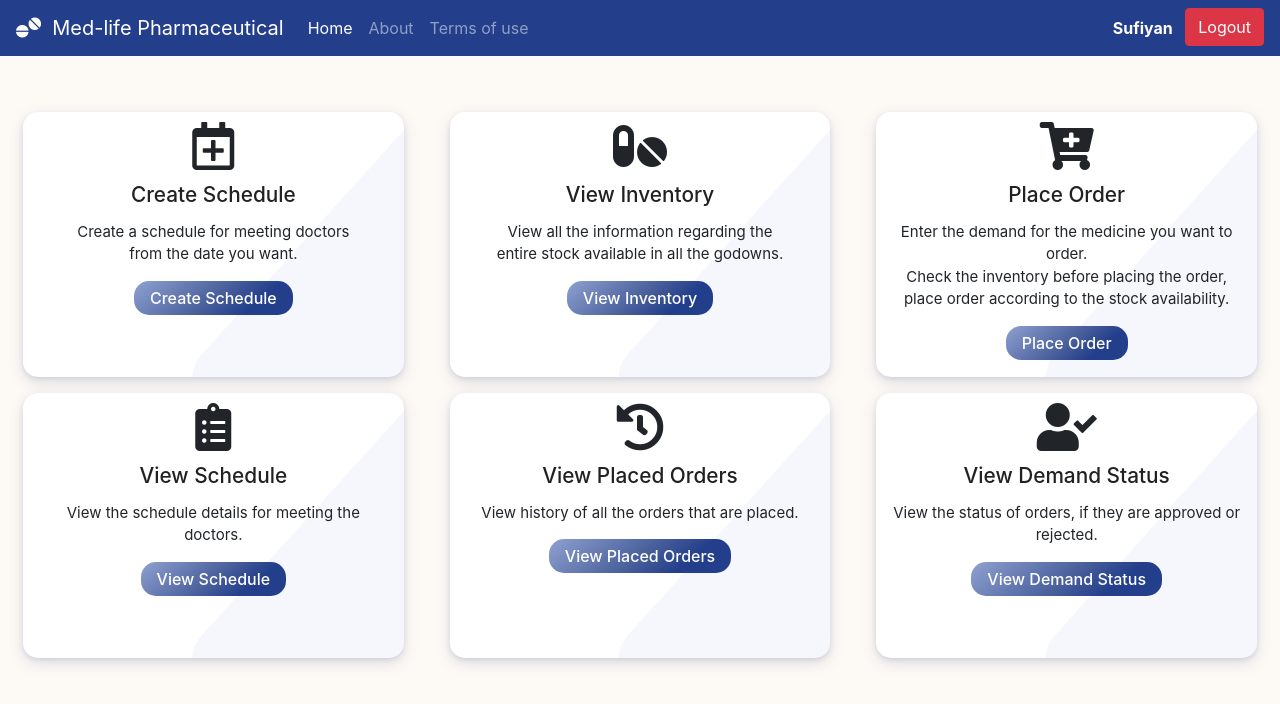
Repository: suffiyanshaikh01/Pharmacy-Project
Page: http://localhost/PharmacyMedicineSupply-WebPortal/WEB-INF/JSP/homepage.jsp
An editor plug-in stored every save of this project. The page is shown before and after the next save, followed by the edit.
The browser window is 1280 px wide. The pictures show the whole page.
Some web libraries are served in a nearby version. The page is served by Tomcat 9. Nobody is signed in. Other server files are loaded and not shown. The template is opened directly, without the code that normally fills it, so the values that code supplies are empty.

Above is the page before, as saved 2021-05-31 12:04:42.
Console error (its wording comes from the project's code and is left out).

### PharmacyMedicineSupply-WebPortal/src/main/webapp/WEB-INF/JSP/homepage.jsp

<!DOCTYPE html>
<html>
<head>
<link rel="stylesheet" href="https://maxcdn.bootstrapcdn.com/bootstrap/4.3.1/css/bootstrap.min.css">
<link rel="stylesheet" href="https://use.fontawesome.com/releases/v5.12.1/css/all.css" crossorigin="anonymous">
<style type="text/css">
body{
	background-color: #fdfaf6;
}

.section_our_solution .row {
  align-items: center;
}

.our_solution_category {
  display: flex;
  flex-direction: row;
  flex-wrap: wrap;
}
.our_solution_category .solution_cards_box {
  display: flex;
  flex-direction: column;
  justify-content: center;

}
.solution_cards_box{
	align-content: center;
}



.solution_cards_box .solution_card {
  flex: 0 50%;
  /* background: #5bfae2; */
  background: white;
  box-shadow: 0 2px 4px 0 rgba(136, 144, 195, 0.2),
    0 5px 15px 0 rgba(37, 44, 97, 0.15);
  border-radius: 15px;
  margin: 8px;
  padding: 10px 15px;
  position:relative;
  z-index: 1;
  /* width: 160%; */
  text-align:center;
  overflow: hidden;
  min-height: 265px;
  transition: 0.7s;
}

.solution_cards_box .solution_card:hover {
  /* background: #309df0; */
  background: #1eae98;
  color: #fff;
  transform: scale(1.1);
  z-index: 9;
}

.solution_cards_box .solution_card:hover::before {
  background: rgb(85 108 214 / 10%);
}

.solution_cards_box .solution_card:hover .solu_title h3,
.solution_cards_box .solution_card:hover .solu_description p {
  color: #fff;
}

.solution_cards_box .solution_card:before {
  content: "";
  position: absolute;
  background: rgb(85 108 214 / 5%);
  width: 170px;
  height: 400px;
  z-index: -1;
  transform: rotate(42deg);
  right: -56px;
  top: -23px;
  border-radius: 35px;
}

.solution_cards_box .solution_card:hover .solu_description button {
  background: #fff !important;
  color: #233e8b;
}

.solution_card .so_top_icon {
}

.solution_card .solu_title h3 {
  color: #212121;
  font-size: 1.3rem;
  margin-top: 13px;
  margin-bottom: 13px;
}

.solution_card .solu_description p {
  font-size: 15px;
  margin-bottom: 15px;
}

.solution_card .solu_description button {
  border: 0;
  border-radius: 15px;
  background:

   linear-gradient(
    140deg,
    #90a1d1 0%,
    #49609c 50%,
    #233e8b 75%
  ) !important;
  color: #fff;
  font-weight: 500;
  font-size: 1rem;
  padding: 5px 16px;
}

.our_solution_content h1 {
  text-transform: capitalize;
  margin-bottom: 1rem;
  font-size: 2.5rem;
}
.our_solution_content p {
}

.hover_color_bubble {
  position: absolute;
  background: rgb(54 81 207 / 15%);
  width: 100rem;
  height: 100rem;
  left: 0;
  right: 0;
  z-index: -1;
  top: 16rem;
  border-radius: 50%;
  transform: rotate(-36deg);
  left: -18rem;
  transition: 0.7s;
}

.solution_cards_box .solution_card:hover .hover_color_bubble {
  top: 0rem;
}

.solution_cards_box .solution_card .so_top_icon {
  width: 60px;
  height: 60px;
  border-radius: 50%;
  background: #fff;
  overflow: hidden;
  display: flex;
  align-items:center;
  justify-content:center;
}

.solution_cards_box .solution_card .so_top_icon img {
  width: 40px;
  height: 50px;
  object-fit: contain;
}

/*start media query*/
@media screen and (min-width: 320px) {
  .sol_card_top_3 {
    position: relative;
    top: 0;
  }

  .our_solution_category {
    width: 100%;
    margin: 0 auto;
  }

  .our_solution_category .solution_cards_box {
    flex: auto;
  }
}
@media only screen and (min-width: 768px) {
  .our_solution_category .solution_cards_box {
    flex: 1;
  }
}
@media only screen and (min-width: 1024px) {
  .sol_card_top_3 {
    position: relative;
    top: -3rem;
  }
  .our_solution_category {
    width: 50%;
    margin: 0 auto;
  }
}
.navbar-custom{
	background: #233e8b;

}
</style>
<meta charset="ISO-8859-1">
<title>Homepage</title>
</head>
<body>

<!-- NAVBAR START-->

<nav class="navbar navbar-expand-lg  navbar-custom navbar-dark">
	<a class="navbar-brand" href="#"><i class="fas fa-tablets"></i>&nbsp;  Med-life Pharmaceutical</a>

	<div class="collapse navbar-collapse" id="navbarNav">
	  <ul class="navbar-nav">
		<li class="nav-item active">
		  <a class="nav-link" href="#">Home <span class="sr-only">(current)</span></a>
		</li>
		<li class="nav-item">
		  <a class="nav-link" href="#">About</a>
		</li>
		<li class="nav-item">
		  <a class="nav-link" href="#">Terms of use</a>
		</li>
	  </ul>
	</div>
	<ul class="navbar-nav navbar-right">
		<li class="nav-item active">
			<a href="#"> <a class="nav-link" href="#"><strong>Sufiyan</strong>&nbsp; <span class="sr-only">(current)</span></a>
		</li>
		<li><button class="btn btn-danger navbar-btn">Logout</button></li>
	  </ul>
  </nav>

  <br><br>
<!-- NAVBAR END -->


<div class="container-fluid">
	<div class="row">
		<div class="col ">
			<div class="solution_cards_box">

			<div class="solution_card">
			  <div class="hover_color_bubble"></div>
			  <div><i class="far fa-calendar-plus fa-3x"></i></i></div>
			  <div class="solu_title">
				<h3>Create Schedule</h3>
			  </div>
			  <div class="solu_description">
				<p>
				  Create a schedule for meeting doctors<br>
				   from the date you want.
				</p>
				<button type="button" class="read_more_btn" onclick="/giverepschedule.jsp">Create Schedule</button>
			  </div>
			</div>
		  </div></div>
		<div class="col">
			<div class="solution_cards_box">

				<div class="solution_card">
					<div class="hover_color_bubble"></div>
					<div><i class="fas fa-pills fa-3x"></i></div>
					<div class="solu_title">
					  <h3>View Inventory</h3>
					</div>
					<div class="solu_description">
					  <p>
						View all the information regarding the<br>entire stock available in all the godowns.
					  </p>
					  <button type="button" class="read_more_btn">View Inventory</button>
					</div>
				  </div>
			  </div>
		</div>
		<div class="col">
			<div class="solution_cards_box">

				<div class="solution_card">
					<div class="hover_color_bubble"></div>
					<div><i class="fas fa-cart-plus fa-3x"></i></div>
					<div class="solu_title">
					  <h3>Place Order</h3>
					</div>
					<div class="solu_description">
					  <p>
						Enter the demand for the medicine you want to order.<br>
						Check the inventory before placing the order, place order according to the stock availability.
					  </p>
					  <button type="button" class="read_more_btn">Place Order</button>
					</div>
				  </div>
			  </div>
		</div>
	</div>
	<div class="row">
		<div class="col ">
			<div class="solution_cards_box">

				<div class="solution_card">
					<div class="hover_color_bubble"></div>
					<div><i class="fas fa-clipboard-list fa-3x"></i></div>
					<div class="solu_title">
					  <h3>View Schedule</h3>
					</div>
					<div class="solu_description">
					  <p>
						View the schedule details for meeting the doctors.
					  </p>
					  <button type="button" class="read_more_btn">View Schedule</button>
					</div>
				  </div>
		  </div></div>
		<div class="col">
			<div class="solution_cards_box">

				<div class="solution_card">
					<div class="hover_color_bubble"></div>
					<div><i class="fas fa-history fa-3x"></i></div>
					<div class="solu_title">
					  <h3>View Placed Orders</h3>
					</div>
					<div class="solu_description">
					  <p>
						View history of all the orders that are placed.
					  </p>
					  <button type="button" class="read_more_btn">View Placed Orders</button>
					</div>
				  </div>
				</div>
		</div>
		<div class="col">
			<div class="solution_cards_box">

				<div class="solution_card">
					<div class="hover_color_bubble"></div>
					<div><i class="fas fa-user-check fa-3x"></i></div>
					<div class="solu_title">
					  <h3>View Demand Status</h3>
					</div>
					<div class="solu_description">
					  <p>
						View the status of orders, if they are approved or rejected.
					  </p>
					  <button type="button" class="read_more_btn">View Demand Status</button>
					</div>
				  </div>
			  </div>
		</div>
	</div>
</div>



</body>
</html>

After the next save:
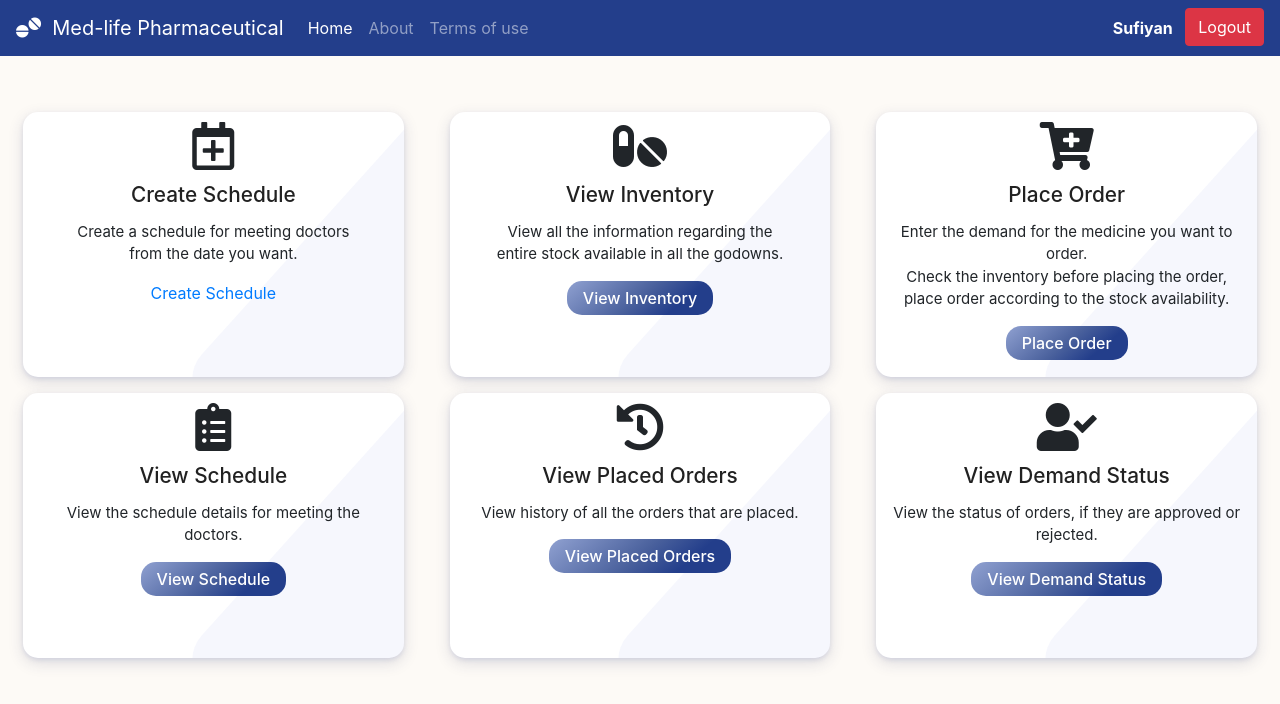
The error is gone.
Saved 96 s later.
--- a/PharmacyMedicineSupply-WebPortal/src/main/webapp/WEB-INF/JSP/homepage.jsp
+++ b/PharmacyMedicineSupply-WebPortal/src/main/webapp/WEB-INF/JSP/homepage.jsp
@@ -246,7 +246,7 @@ body{
 				  Create a schedule for meeting doctors<br>
 				   from the date you want.
 				</p>
-				<button type="button" class="read_more_btn" onclick="/giverepschedule.jsp">Create Schedule</button>
+				<a type="button" class="read_more_btn" href="/giveRepScheduleDate.jsp">Create Schedule</a>
 			  </div>
 			</div>
 		  </div></div>
